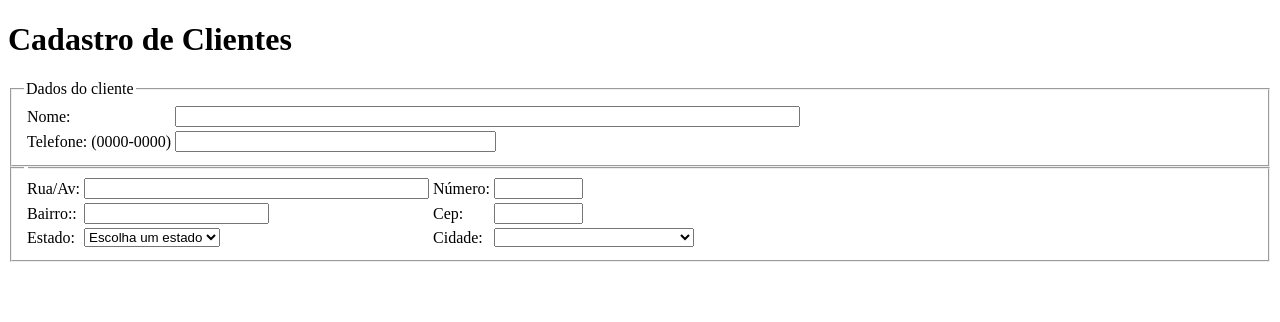
Repository: GabrielGGhost/EstudoJavaAW1-AW2
Page: estudos21/WebContent/cadastro.html
An editor plug-in stored every save of this project. The page is shown before and after the next save, followed by the edit.
The browser window is 1280 px wide. The pictures show the whole page.

Above is the page before, as saved 2020-10-31 20:24:24.

### estudos21/WebContent/cadastro.html
<!DOCTYPE html>
<html>
<head>
<meta charset="ISO-8859-1">
<title>Exemplo AJAX</title>
<script>
	var request;

	function sendRequest(){

		//Determina o estado selecionado
		combo = document.getElementById("estadp");
		estado = combo.options[combo.selectedIndex].value;

		//Retorna quando nenhum estado for selecionado
		if (estado == "-1"){
			return;
		}

		//Momta a url de requisição para o servidor
		url = "cadastrarCliente?action=preencherCidades&estado=" + estado;

		//Inicializa o objeto XLMHttpRequest
		request = new XMLHttpRequest();

		//Determina a função para processamento da requisição
		request.onload = processRequest;

		//Configura a requisição
		request.opem("GET", url, true);

		//Envia a requisição
		request.send();
	}

	function processRequest(){
		//Faz a leitura do documento XML recebido
		var response = request.responseXML;

		var RAIZ = response.getElementsByTagName("cidades").item(0);
		var cidades = raiz.getElementsByTagName("cidade");

		//Preenche a caixa de opções com os valores recebidos
		for (var int = 0; int < cidades.length; int++) {
			var txtCidade = cidades.item(i).firstChield.data;
			var option = new Option(txtCidade);
			selectNode.add(option, null);
		}
	}
</script>
</head>
<body>
	<h1>Cadastro de Clientes</h1>
	<form action='cadastrarCliente"%>' method='post'>
		<fieldset>
			<legend>Dados do cliente</legend>
			<table>
				<tr>
					<td><label for='nome'>Nome:</label></td>
					<td colspan='3'><input name='nome' id='nome' type='text' size='75' maxlength='255'/></td>
				</tr>
				<tr>
					<td><label for='telefone'>Telefone: (0000-0000)</label></td>
					<td><input name='telefone' id='telefone' type='text' size='37'/></td>
				</tr>
			</table>
		</fieldset>
		<fieldset>
			<legend></legend>
			<table>
				<tr>
					<td><label for='rua'>Rua/Av:</label></td>
					<td><input name='rua' id='rua' type='text' size='40' maxlength="255"/></td>

					<td><label for='numero'>Número:</label></td>
					<td><input name='numero' id='numero' type='text' size='8' maxlength="5"/></td>
				</tr>
				<tr>
					<td><label for='bairro'>Bairro::</label></td>
					<td><input name='bairro' id='bairro' type='text' /></td>

					<td><label for='cep'>Cep:</label></td>
					<td><input name='cep' id='cep' type='text' size='8'/></td>
				</tr>
				<tr>
					<td><label for='estado'>Estado:</label></td>
					<td>
						<select name='estado' id='estado' onchange='sendRequest();'>
							<option value='-1'>Escolha um estado</option>
							<option value='MG'>MG</option>
							<option value='SP'>SP</option>
							<option value='RJ'>RJ</option>
							<option></option>
						</select>
					</td>
					<td>
						<label for='cidade'>Cidade:</label>
					</td>
					<td>
						<select name='cidade' id='cidade' style='width: 200px;'>

						</select>
					</td>
				</tr>
			</table>
		</fieldset>
	</form>
</body>
</html>

After the next save:
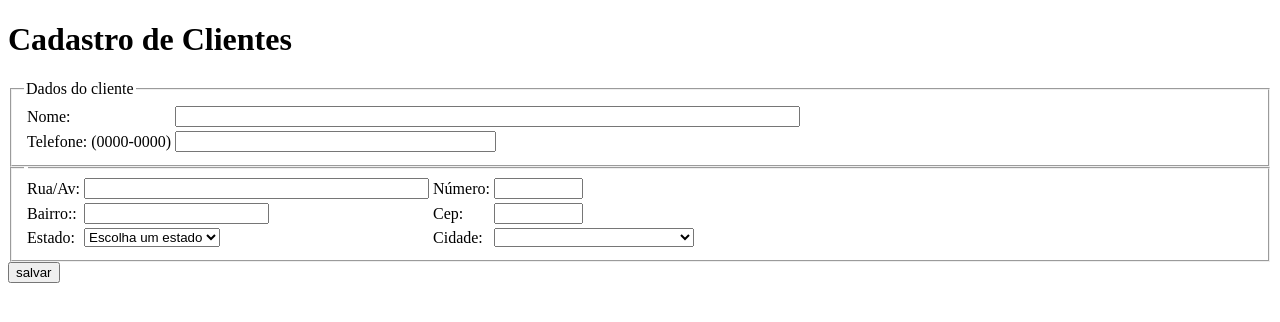
Saved 22 min 46 s later.
--- a/estudos21/WebContent/cadastro.html
+++ b/estudos21/WebContent/cadastro.html
@@ -104,6 +104,7 @@
 				</tr>
 			</table>
 		</fieldset>
+		<input type="submit" value="salvar"/>
 	</form>
 </body>
 </html>
